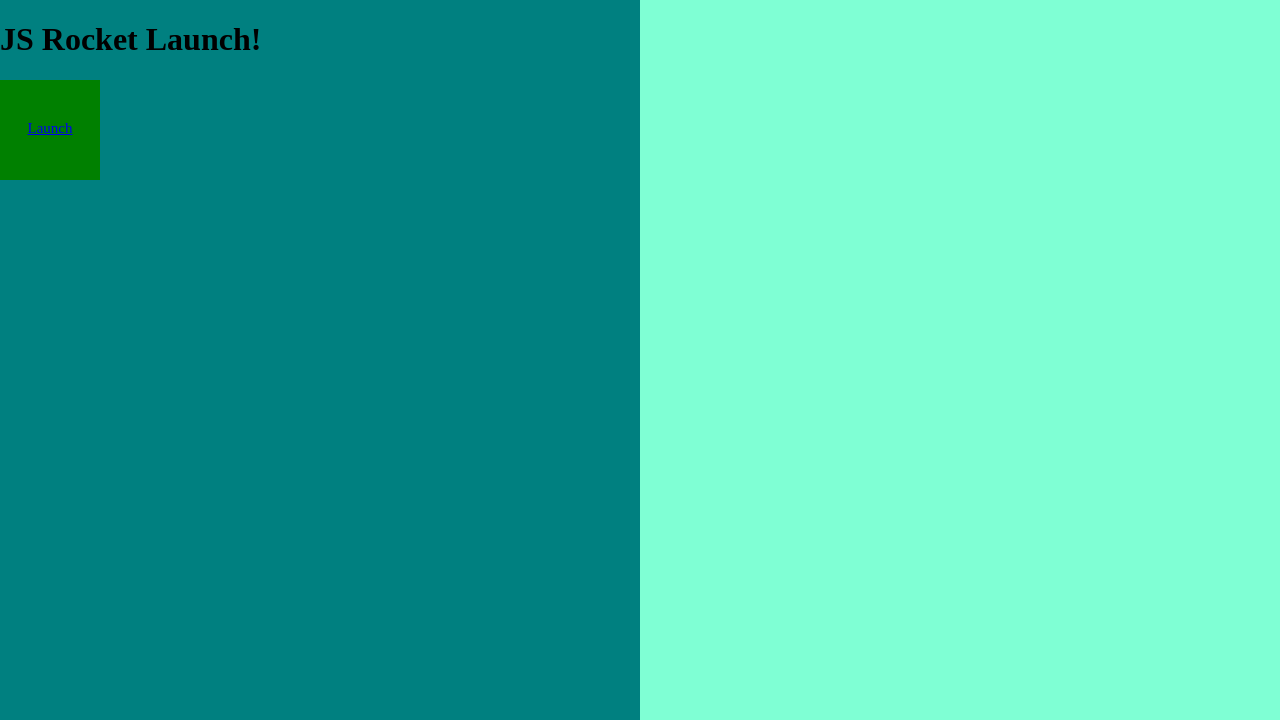
Repository: alcarrizo/Rocket-launch
Page: index.html
These files come from the project's save history. The page is drawn as it stood at one moment and after the next save; the edit follows.
The browser window is 1280 px wide. The pictures show the whole page.

Above is the page before, as saved 2022-10-19 19:43:36.

After the next save:
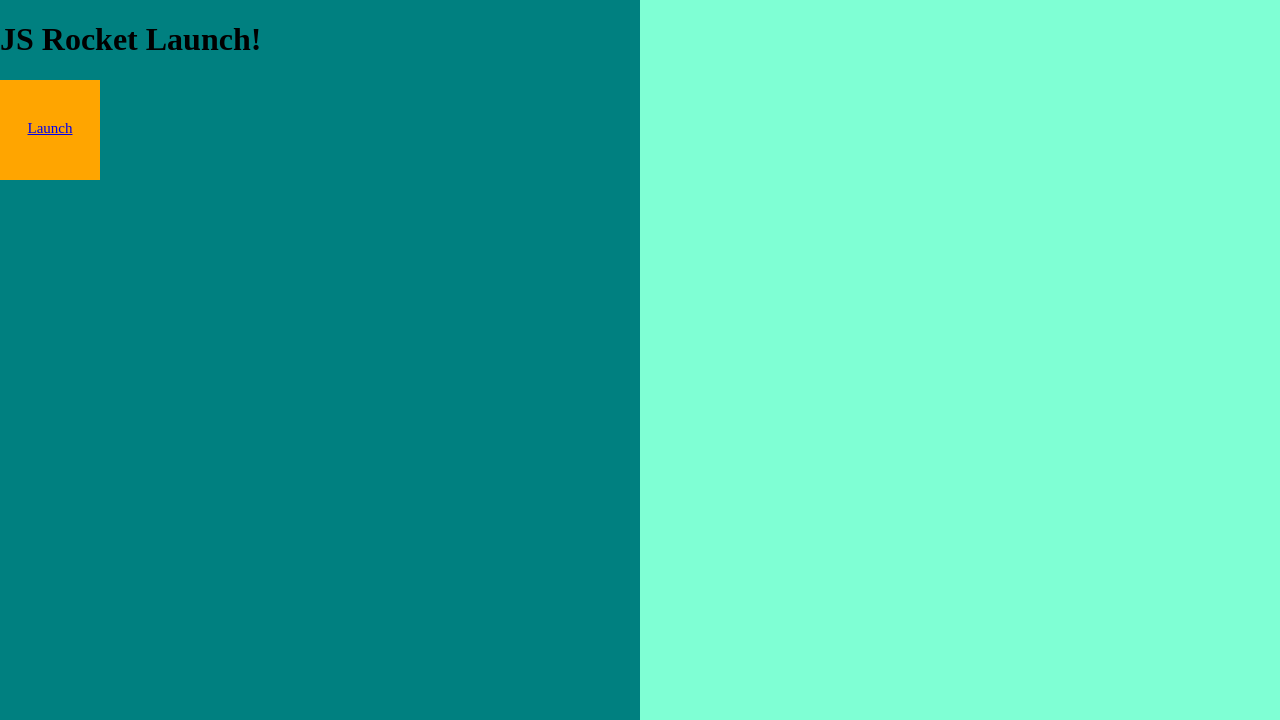
Saved 16 s later.
--- a/css/style.css
+++ b/css/style.css
@@ -30,6 +30,6 @@ a.button {
     height: 100px;
     width: 100px;
     font-size: 15px;
-    background-color: green;
+    background-color: orange;
 
 }
